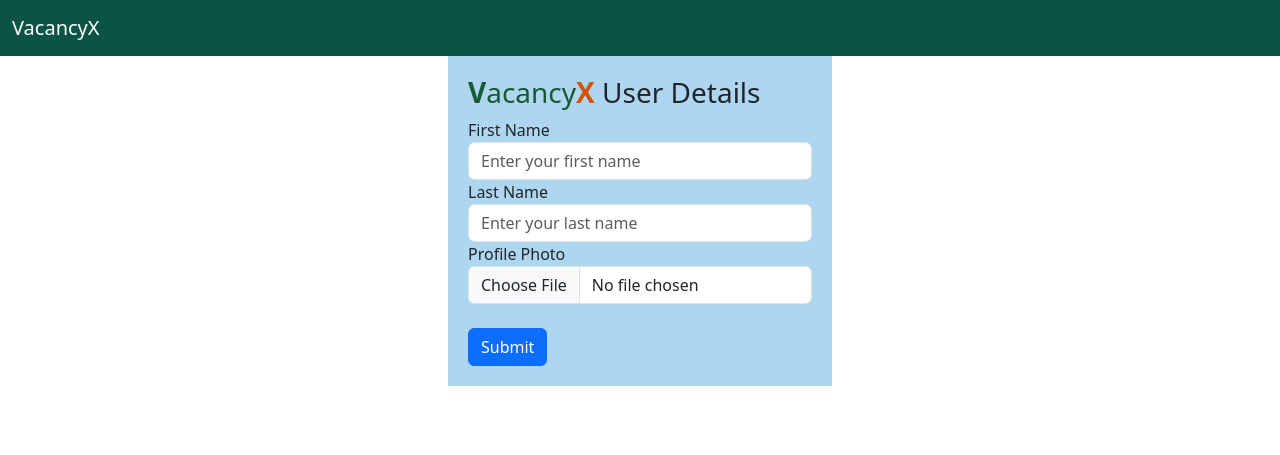
Repository: zipArk99/Vacancy-portal-serv
Page: http://localhost/VacancyPortal/userdetail_form.jsp
These files come from the project's save history. The page is drawn as it stood at one moment and after the next save; the edit follows.
The browser window is 1280 px wide. The pictures show the whole page.
The page is served by Tomcat 9. Other server files are loaded and not shown.

Above is the page before, as saved 2024-08-20 09:21:18.

### VacancyPortal/src/main/webapp/userdetail_form.jsp
<%@ page language="java" contentType="text/html; charset=UTF-8"
	pageEncoding="UTF-8"%>
<%@ taglib prefix="c" uri="http://java.sun.com/jsp/jstl/core" %>
<!DOCTYPE html>
<html>
<head>
<meta charset="UTF-8">
<title>User Detail</title>
</head>
<body>
	<%@ include file="header.jsp"%>

	<div
		style="width: 30%; margin: auto; background-color: #aed6f1; padding: 20px;">
		<form action="/VacancyPortal/user/userdetail" method="post">
			<h3>
				<span style="color: #145a32"><b>V</b>acancy</span><span
					style="color: #d35400;"><b>X</b></span> User Details
			</h3>

			<input type="hidden" value="${userEmail}" name="useremail">

			<div class="form-group">
				<label for="fnameId">First Name</label> <input type="text"
					name="fname" class="form-control" id="fnameId"
					value="${param.fname}" aria-describedby="emailHelp"
					placeholder="Enter your first name"> <span
					style="color: red;"><c:out
						value="${requestScope.userDetailValidation['firstName']}"></c:out> </span>
			</div>
			<div class="form-group">
				<label for="lnameId">Last Name</label> <input name="lname"
					type="text" class="form-control" id="lnameId"
					value="${param.lname}" placeholder="Enter your last name">
				<span style="color: red;"><c:out
						value="${requestScope.userDetailValidation['lastName']}"></c:out> </span>
			</div>
			<div class="form-group">
				<label for="profileId">Profile Photo</label> <input type="file"
					name="profile" class="form-control" id="profileId"
					value="${param.profile}" aria-describedby="emailHelp"> <span
					style="color: red;"><c:out
						value="${requestScope.userDetailValidation['profile']}"></c:out> </span>
			</div>
			<br>
			<button type="submit" class="btn btn-primary">Submit</button>
		</form>
	</div>
</body>
</html>

### VacancyPortal/src/main/webapp/header.jsp
<%@ page language="java" contentType="text/html; charset=UTF-8"
    pageEncoding="UTF-8"%>
<!DOCTYPE html>
<html>
  <head>
    <meta charset="utf-8">
    <meta name="viewport" content="width=device-width, initial-scale=1">
    <title>Bootstrap demo</title>
    <link href="https://cdn.jsdelivr.net/npm/bootstrap@5.3.3/dist/css/bootstrap.min.css" rel="stylesheet" integrity="sha384-QWTKZyjpPEjISv5WaRU9OFeRpok6YctnYmDr5pNlyT2bRjXh0JMhjY6hW+ALEwIH" crossorigin="anonymous">
  </head>
<body>

<nav class="navbar navbar-dark" style="background-color: #0b5345">
  <div class="container-fluid">
    <a class="navbar-brand" href="#">
      VacancyX
    </a>
  </div>
</nav>
</body>
</html>

After the next save:
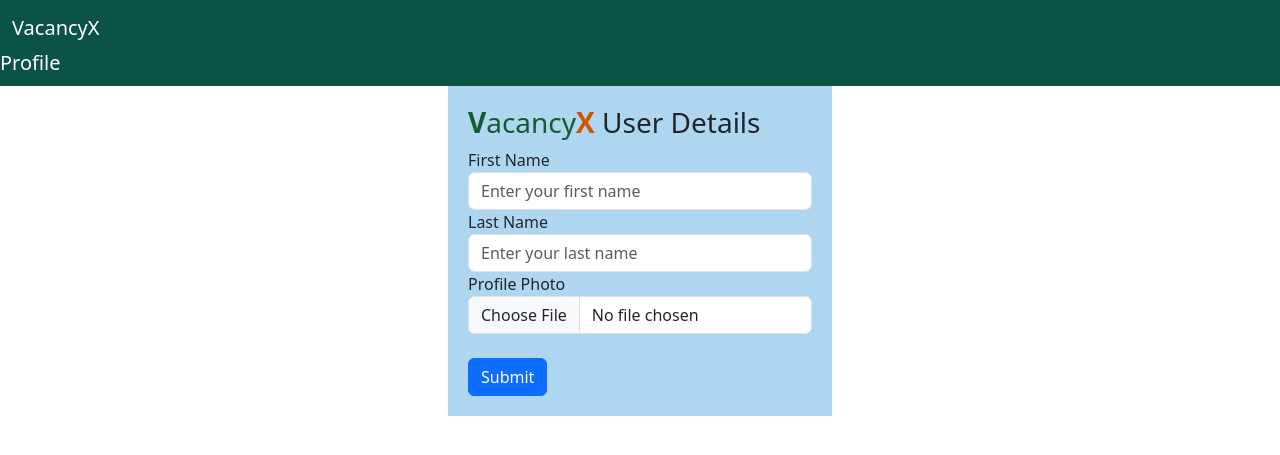
Saved 4 min 42 s later.
--- a/VacancyPortal/src/main/webapp/header.jsp
+++ b/VacancyPortal/src/main/webapp/header.jsp
@@ -16,6 +16,10 @@
       VacancyX
     </a>
   </div>
+  <div>
+  <a class="navbar-brand" href="#">Profile</a>
+
+  </div>
 </nav>
 </body>
 </html>
